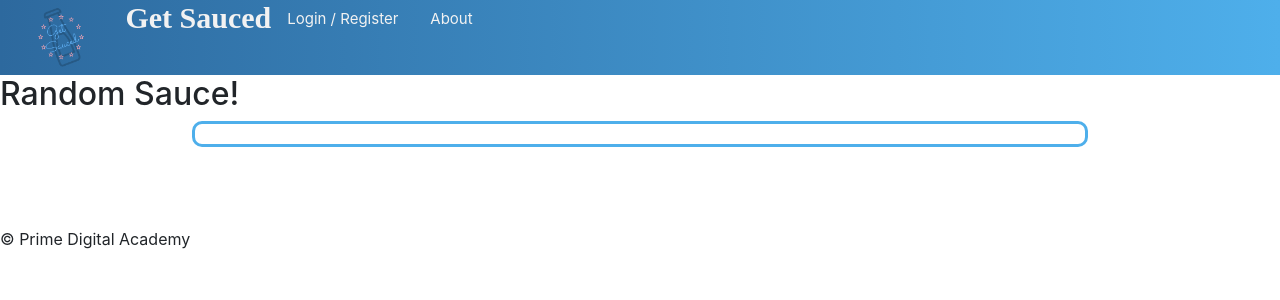
Repository: cossalter18/getSauced
Page: /#/about
An editor plug-in stored every save of this project. The page is shown before and after the next save, followed by the edit.
The browser window is 1280 px wide. The pictures show the whole page.
The page's requests for data from a server got no answer. The project was rebuilt for these pictures with package versions that can differ from the ones it lists, and the page was loaded fresh each time. No one was signed in, and anything a server would have sent is missing. Also part of the build but not shown: src/components/LogOutButton/LogOutButton.js, src/components/LoginPage/LoginPage.js, src/components/RegisterPage/RegisterPage.js, src/components/ProtectedRoute/ProtectedRoute.js, src/components/UserPage/UserPage.js, src/components/BlogPost/BlogPost.js, src/components/NewPost/NewPost.css, src/components/NewPost/NewPost.js and 8 more.

Above is the page before, as saved 2020-06-03 10:27:02.

### src/index.js
import React from 'react';
import ReactDOM from 'react-dom';
import { createStore, applyMiddleware } from 'redux';
import { Provider } from 'react-redux';
import createSagaMiddleware from 'redux-saga';
import logger from 'redux-logger';

import rootReducer from './redux/reducers'; // imports ./redux/reducers/index.js
import rootSaga from './redux/sagas'; // imports ./redux/sagas/index.js

import App from './components/App/App';

import '../node_modules/bootstrap/dist/css/bootstrap.min.css'

const sagaMiddleware = createSagaMiddleware();

// this line creates an array of all of redux middleware you want to use
// we don't want a whole ton of console logs in our production code
// logger will only be added to your project if your in development mode
const middlewareList = process.env.NODE_ENV === 'development' ?
  [sagaMiddleware, logger] :
  [sagaMiddleware];

const store = createStore(
  // tells the saga middleware to use the rootReducer
  // rootSaga contains all of our other reducers
  rootReducer,
  // adds all middleware to our project including saga and logger
  applyMiddleware(...middlewareList),
);

// tells the saga middleware to use the rootSaga
// rootSaga contains all of our other sagas
sagaMiddleware.run(rootSaga);

ReactDOM.render(
  <Provider store={store}>
    <App />
  </Provider>,
  document.getElementById('react-root'),
);

### src/redux/reducers/index.js
import { combineReducers } from 'redux';
import errors from './errorsReducer';
import loginMode from './loginModeReducer';
import user from './userReducer';
import threadReducer from './threadsReducer'
import {reducer as formReducer} from 'redux-form'
import favoritesReducer from './favoritesReducer'
import getDetailsReducer from './getDetailsReducer'
import randomReducer from './randomReducer'

// rootReducer is the primary reducer for our entire project
// It bundles up all of the other reducers so our project can use them.
// This is imported in index.js as rootSaga

// Lets make a bigger object for our store, with the objects from our reducers.
// This is what we get when we use 'state' inside of 'mapStateToProps'
const rootReducer = combineReducers({
  errors, // contains registrationMessage and loginMessage
  loginMode, // will have a value of 'login' or 'registration' to control which screen is shown
  user, // will have an id and username if someone is logged in
  threadReducer,
  formReducer,
  favoritesReducer,
  getDetailsReducer,
  randomReducer
});

export default rootReducer;

### src/redux/sagas/index.js
import { all } from 'redux-saga/effects';
import loginSaga from './loginSaga';
import registrationSaga from './registrationSaga';
import userSaga from './userSaga';
import getThreadSaga from './getThreadsSaga'
import newPostSaga from './newPostSaga'
import deleteSaga from './deleteSaga'
import getFavoritesSaga from './getFavoritesSaga'
import getDetailsSaga from './getDetailsSaga'
import updatePostSaga from './updatePostSaga'
import addFavoritesSaga from './addFavoritesSaga'
import getRandomSaga from './getRandom'
// rootSaga is the primary saga.
// It bundles up all of the other sagas so our project can use them.
// This is imported in index.js as rootSaga

// some sagas trigger other sagas, as an example
// the registration triggers a login
// and login triggers setting the user
export default function* rootSaga() {
  yield all([
    loginSaga(),
    registrationSaga(),
    userSaga(),
    getThreadSaga(),
    newPostSaga(),
    deleteSaga(),
    getFavoritesSaga(),
    getDetailsSaga(),
    updatePostSaga(),
    addFavoritesSaga(),
    getRandomSaga()
  ]);
}

### src/components/App/App.js
import React, {Component} from 'react';
import {
  HashRouter as Router,
  Route,
  Redirect,
  Switch,
} from 'react-router-dom';

import {connect} from 'react-redux';

import Nav from '../Nav/Nav';
import Footer from '../Footer/Footer';

import ProtectedRoute from '../ProtectedRoute/ProtectedRoute'

import AboutPage from '../AboutPage/AboutPage';
import UserPage from '../UserPage/UserPage';
import BlogPost from '../BlogPost/BlogPost';
import NewPost from '../NewPost/NewPost'
import UserFav from '../UserFav/UserFav'
import Profile from '../Profile/Profile'
import BlogInfo from '../BlogInfo/BlogInfo'
import Edit from '../Edit/Edit'

import './App.css';

class App extends Component {
  componentDidMount () {
    this.props.dispatch({type: 'FETCH_USER'})
  }

  render() {
    return (
      <Router>
        <div>
          <Nav />
          <Switch>
            {/* Visiting localhost:3000 will redirect to localhost:3000/home */}
            <Redirect exact from="/" to="/home" />
            {/* Visiting localhost:3000/about will show the about page.
            This is a route anyone can see, no login necessary */}
            <Route
              exact
              path="/about"
              component={AboutPage}
            />

            {/* For protected routes, the view could show one of several things on the same route.
            Visiting localhost:3000/home will show the UserPage if the user is logged in.
            If the user is not logged in, the ProtectedRoute will show the 'Login' or 'Register' page.
            Even though it seems like they are different pages, the user is always on localhost:3000/home */}
            <ProtectedRoute
              exact
              path="/home"
              component={UserPage}
            />
            {/* This works the same as the other protected route, except that if the user is logged in,
            they will see the info page instead. */}
            <ProtectedRoute
              exact
              path="/info"
              component={BlogPost}
            />
            <ProtectedRoute
            exact
            path="/favorite"
            component={UserFav}
            />
            <ProtectedRoute
            exact
            path="/new"
            component={NewPost}
            />
            <ProtectedRoute
            exact
            path="/profile"
            component={Profile}
            />
            <ProtectedRoute
            exact
            path="/blog/:id"
            render={({item})=> <BlogInfo item={item} />}
            component={BlogInfo}
            />
            <ProtectedRoute
            path="/edit/:id"
            component={Edit}
            />
            {/* If none of the other routes matched, we will show a 404. */}
            <Route render={() => <h1>404</h1>} />
          </Switch>
          <Footer />
        </div>
      </Router>
  )}
}

export default connect()(App);

### src/redux/reducers/errorsReducer.js
import { combineReducers } from 'redux';

// loginMessage holds the string that will display
// on the login screen if there's an error
const loginMessage = (state = '', action) => {
  switch (action.type) {
    case 'CLEAR_LOGIN_ERROR':
      return '';
    case 'LOGIN_INPUT_ERROR':
      return 'Enter your username and password!';
    case 'LOGIN_FAILED':
      return 'Oops! The username and password didn\'t match. Try again!';
    case 'LOGIN_FAILED_NO_CODE':
      return 'Oops! Something went wrong! Is the server running?';
    default:
      return state;
  }
};

// registrationMessage holds the string that will display
// on the registration screen if there's an error
const registrationMessage = (state = '', action) => {
  switch (action.type) {
    case 'CLEAR_REGISTRATION_ERROR':
      return '';
    case 'REGISTRATION_INPUT_ERROR':
      return 'Choose a username and password!';
    case 'REGISTRATION_FAILED':
      return 'Oops! That didn\'t work. The username might already be taken. Try again!';
    default:
      return state;
  }
};

// make one object that has keys loginMessage, registrationMessage
// these will be on the redux state at:
// state.errors.loginMessage and state.errors.registrationMessage
export default combineReducers({
  loginMessage,
  registrationMessage,
});

### src/redux/reducers/threadsReducer.js
const threadsReducer = (state = [], action) => {
  switch (action.type) {
    case "SET_THREADS":
      return action.payload;
    default:
      return state;
  }
};

export default threadsReducer;

### src/redux/reducers/favoritesReducer.js
const favoritesReducer = (state = [], action) => {
    switch (action.type) {
        case "SET_FAVORITES":
            return action.payload;
        default:
            return state;
    }
};

export default favoritesReducer;

### src/redux/reducers/getDetailsReducer.js
const getDetailsReducer = (state = {}, action) => {
    switch (action.type) {
        case "SET_DETAILS":
            return action.payload[0];
        default:
            return state;
    }
};

export default getDetailsReducer;

### src/redux/reducers/randomReducer.js
const randomReducer = (state = [], action) => {
    switch (action.type) {
        case "SET_RANDOM":
            return action.payload;
        default:
            return state;
    }
};

export default randomReducer;

### src/redux/sagas/loginSaga.js
import { put, takeLatest } from 'redux-saga/effects';
import axios from 'axios';

// worker Saga: will be fired on "LOGIN" actions
function* loginUser(action) {
  try {
    // clear any existing error on the login page
    yield put({ type: 'CLEAR_LOGIN_ERROR' });

    const config = {
      headers: { 'Content-Type': 'application/json' },
      withCredentials: true,
    };

    // send the action.payload as the body
    // the config includes credentials which
    // allow the server session to recognize the user
    yield axios.post('/api/user/login', action.payload, config);

    // after the user has logged in
    // get the user information from the server
    yield put({type: 'FETCH_USER'});
  } catch (error) {
    console.log('Error with user login:', error);
    if (error.response.status === 401) {
      // The 401 is the error status sent from passport
      // if user isn't in the database or
      // if the username and password don't match in the database
      yield put({ type: 'LOGIN_FAILED' });
    } else {
      // Got an error that wasn't a 401
      // Could be anything, but most common cause is the server is not started
      yield put({ type: 'LOGIN_FAILED_NO_CODE' });
    }
  }
}

// worker Saga: will be fired on "LOGOUT" actions
function* logoutUser(action) {
  try {
    const config = {
      headers: { 'Content-Type': 'application/json' },
      withCredentials: true,
    };

    // the config includes credentials which
    // allow the server session to recognize the user
    // when the server recognizes the user session
    // it will end the session
    yield axios.post('/api/user/logout', config);

    // now that the session has ended on the server
    // remove the client-side user object to let
    // the client-side code know the user is logged out
    yield put({ type: 'UNSET_USER' });

  } catch (error) {
    console.log('Error with user logout:', error);
  }
}

function* loginSaga() {
  yield takeLatest('LOGIN', loginUser);
  yield takeLatest('LOGOUT', logoutUser);
}

export default loginSaga;

### src/redux/sagas/registrationSaga.js
import { put, takeLatest } from 'redux-saga/effects';
import axios from 'axios';

// worker Saga: will be fired on "REGISTER" actions
function* registerUser(action) {
  try {
    // clear any existing error on the registration page
    yield put({ type: 'CLEAR_REGISTRATION_ERROR' });

    // passes the username and password from the payload to the server
    yield axios.post('/api/user/register', action.payload);

    // automatically log a user in after registration
    yield put({ type: 'LOGIN', payload: action.payload });

    // set to 'login' mode so they see the login screen
    // after registration or after they log out
    yield put({type: 'SET_TO_LOGIN_MODE'});
  } catch (error) {
      console.log('Error with user registration:', error);
      yield put({type: 'REGISTRATION_FAILED'});
  }
}

function* registrationSaga() {
  yield takeLatest('REGISTER', registerUser);
}

export default registrationSaga;

### src/redux/sagas/userSaga.js
import axios from 'axios';
import { put, takeLatest } from 'redux-saga/effects';

// worker Saga: will be fired on "FETCH_USER" actions
function* fetchUser() {
  try {
    const config = {
      headers: { 'Content-Type': 'application/json' },
      withCredentials: true,
    };

    // the config includes credentials which
    // allow the server session to recognize the user
    // If a user is logged in, this will return their information
    // from the server session (req.user)
    const response = yield axios.get('/api/user', config);

    // now that the session has given us a user object
    // with an id and username set the client-side user object to let
    // the client-side code know the user is logged in
    yield put({ type: 'SET_USER', payload: response.data });
  } catch (error) {
    console.log('User get request failed', error);
  }
}

function* userSaga() {
  yield takeLatest('FETCH_USER', fetchUser);
}

export default userSaga;

### src/redux/sagas/getThreadsSaga.js
import axios from "axios";
import { put, takeEvery } from "redux-saga/effects";

function* getThreads() {
  try {
    const response = yield axios.get("/api/threads");
    console.log("++++++++++++++", response.data)
    yield put({ type: "SET_THREADS", payload: response.data });

  } catch (error) {
    console.log("Error in GET", error);
  }
}

function* threadSaga() {
  yield takeEvery("GET_THREADS", getThreads);
}

export default threadSaga;

### src/redux/sagas/newPostSaga.js
import axios from "axios";
import { put, takeEvery } from "redux-saga/effects";

function* addPost(action) {
  try {
   console.log("action.payload!!!!!!!!!!!!!", action.payload);
   const response = yield axios.post('/api/threads', action.payload);
   yield put({ type: "GET_THREADS"})

  }catch (error){
      console.log(error);
  }
}

function* newPostSaga() {
  yield takeEvery("NEW_POST", addPost);
}

export default newPostSaga;

//we are going to reuse SET_THREADS reducer

### src/redux/sagas/deleteSaga.js
import axios from "axios";
import { put, takeEvery } from "redux-saga/effects";

function* deletePost(action) {
    try {
        console.log('action.payload =======', action.payload);
        console.log('!!!!!!!!!!!!!!!!!!!!!', action);

        const response = yield axios.delete(`/api/threads/${action.payload}`)
        yield put ({type: "GET_THREADS", payload: response.data})
    } catch (error) {
        console.log("Error in DELETE!!!!!!!!!!!!!!", error);
    }
}

function* deleteSaga() {
    yield takeEvery("DELETE_POST", deletePost);
}

export default deleteSaga;

### src/redux/sagas/getFavoritesSaga.js
import axios from "axios";
import { put, takeEvery } from "redux-saga/effects";

function* getFavorites() {
  try {
    const response = yield axios.get("/api/favorites");
    console.log("!!! FAVORITES !!! ========>", response.data);
    yield put({ type: "SET_FAVORITES", payload: response.data });
  } catch (error) {
    console.log("Error in GET", error);
  }
}

function* getFavoritesSaga() {
  yield takeEvery("GET_FAVORITES", getFavorites);
}

export default getFavoritesSaga;

### src/redux/sagas/getDetailsSaga.js
import axios from "axios";
import { put, takeEvery } from "redux-saga/effects";

function* getDetail(action) {
    try {
        const id = action.payload
        const response = yield axios.get(`/api/threads/blog/${id}`);
        console.log("MADE IT TO getDetail SAGA!!!!!!")
        yield put({ type: "SET_DETAILS", payload: response.data });
    } catch (error) {
        console.log("Error in GET", error);
    }
}

function* getDetailsSaga() {
    yield takeEvery("GET_DETAILS", getDetail);
}

export default getDetailsSaga;

### src/redux/sagas/updatePostSaga.js
import axios from "axios";
import {put, takeEvery } from "redux-saga/effects";

function* updatePost(action) {
    console.log('UpdatePost!!!!!!!!!', action.payload);

    try {
        const response = yield axios.put(`/api/threads/${action.payload.id}`, action.payload)
        console.log('IN UPDATE POST PUT', response);
        // yield put ({type: 'SET_THREADS'})

    } catch (error) {
        console.log(error);
    }
}

function* updatePostSaga() {
    yield takeEvery("UPDATE_POST", updatePost);
}

export default updatePostSaga;

### src/redux/sagas/addFavoritesSaga.js
import axios from "axios";
import { put, takeEvery } from "redux-saga/effects";

function* addFavorites() {
    try {
        const response = yield axios.post("/api/favorites");
        console.log("!!! FAVORITES !!! ========>", response.data);
        yield put({ type: "SET_FAVORITES", payload: response.data });
    } catch (error) {
        console.log("Error in FAVORITES POST", error);
    }
}

function* addFavoritesSaga() {
    yield takeEvery("ADD_FAVORITES", addFavorites);
}

export default addFavoritesSaga;

### src/redux/sagas/getRandom.js
import axios from "axios";
import { put, takeEvery } from "redux-saga/effects";

//https://spoonacular-recipe-food-nutrition-v1.p.rapidapi.com/recipes/random

function* getRandom(action) {
    console.log("IN API REQUEST:", action)
    try {
        const response = yield axios({
            "method": "GET",
            "url": "",
            "headers": {
                "content-type": "application/octet-stream",
                "x-rapidapi-host": "spoonacular-recipe-food-nutrition-v1.p.rapidapi.com",
                "x-rapidapi-key": "c31d4b7038mshacdc5b1ac5dafd5p11278fjsnc256fb5cf578",
                "useQueryString": true
            }, "params": {
                "number": "1",
                "tags": "sauce"
            }
        })
        yield put({ type: "SET_RANDOM", payload: response.data.recipes });
    } catch (error) {
        console.log("Error in GET", error);
    }
}

function* getRandomSaga() {
    yield takeEvery("GET_RANDOM", getRandom);
}

export default getRandomSaga;

### src/components/Nav/Nav.js
import React from "react";
import { Link } from "react-router-dom";
import { connect } from "react-redux";
import LogOutButton from "../LogOutButton/LogOutButton";
import "./Nav.css";

const Nav = (props) => (
  <div className="nav">
    <Link to="/home">
      <img className="logo" src="GetSauced.png" alt="logo" />
      <h2 className="nav-title">Get Sauced</h2>
    </Link>
    <div className="nav-right">
      <Link className="nav-link" to="/home">
        {/* Show this link if they are logged in or not,
        but call this link 'Home' if they are logged in,
        and call this link 'Login / Register' if they are not */}
        {props.user.id ? "Home" : "Login / Register"}
      </Link>
      {/* Show the link to the info page and the logout button if the user is logged in */}
      {props.user.id && (
        <>
          <Link className="nav-link" to="/info">
            Blog Post
          </Link>
          <Link className="nav-link" to="/favorite">
            Favorites
          </Link>
          <Link className="nav-link" to="/profile">
            Profile
          </Link>
          {/* <LogOutButton className="nav-link" /> */}
        </>

      )}
      {/* Always show this link since the about page is not protected */}
      <Link className="nav-link" to="/about">
        About
      </Link>
    </div>
  </div>
);

// Instead of taking everything from state, we just want the user
// object to determine if they are logged in
// if they are logged in, we show them a few more links
// if you wanted you could write this code like this:
// const mapStateToProps = ({ user }) => ({ user });
const mapStateToProps = (state) => ({
  user: state.user,
});

export default connect(mapStateToProps)(Nav);

### src/components/AboutPage/AboutPage.js
import React, { Component } from 'react';
import { connect } from "react-redux";
import { withRouter } from "react-router";
import './AboutPage.css'



class AboutPage extends Component {

  componentDidMount() {
    this.props.dispatch({ type: 'GET_RANDOM' })
  }



  render() {
    return (
      <div>
        {/* <p>{JSON.stringify(this.props.reduxState.randomReducer)}</p> */}
        <h2>Random Sauce!</h2>
        <div className="randomContainer">
        {this.props.reduxState.randomReducer.map((item) => {
          return (
            <div key={item.id}>
              <div className='title'>
                <b>{item.title}</b>
              </div>
              <div>
                <img src={item.image} alt={item.title} className="img"></img>
                </div>
             <div className="ing">
               {/* {item.extendedIngredients} */}
               </div>
              <div className="summary">
                {item.instructions}
              </div>
              <div className="source">
                <p> Get it straight from the source: {item.sourceUrl}</p>
                </div>
            </div>
          )
        })}
        </div>


      </div>
    )
  }
}

const putStateOnProps = (reduxState) => ({ reduxState });
export default withRouter(connect(putStateOnProps)(AboutPage));

### src/components/App/App.css
body {
    font-family: 'Segoe UI', Tahoma, Geneva, Verdana, sans-serif;
    margin: 0px;
}

.alert {
    background-color: #ff4545;
    margin: 50px;
}

form {
    background-color: #dbd5d5;
    width: 30%;
    height: 250px;
    margin: 20px auto;
    padding: 25px;
    border-radius: 2px;
}

input {
    margin: 5px;
    margin-bottom: 10px;
}

.log-in, .log-out, .register {
  background-image: linear-gradient(to right, #2d699e, #4eafeb);
  border-radius: 4px;
  color: #f8f8f8;
  min-height: 50px;
  min-width: 100px;
  outline:0;
  cursor: pointer;
}

.log-in:hover, .log-out:hover, .register:hover {
  background-color: #008183;
}

/* This line makes the "Register" and "Login" buttons look like links */
.link-button {
    background:none;
    color:inherit;
    border:none;
    padding:0;
    font: inherit;
    outline:0;
    border-bottom:1px solid #444;
    cursor: pointer;
}

### src/components/Nav/Nav.css
.nav-title {
    font-size: 30px;
    font-weight: 700;
    display: inline-block;
    color: #f2f2f2;
    padding-left: 10px;
    font-family: "SignPainter";
}

.nav {
  overflow: hidden;
  background-image: linear-gradient(to right, #2d699e, #4eafeb)
}

.nav-link {
  float: left;
  color: #f2f2f2;
  /* background-color: #00acb0; */
  text-align: center;
  padding: 24px 10px;
  text-decoration: none;
  font-size: 15px;

  /* these last two make the logout button in
  the nav bar look like another link */
  border:none;
  /* cursor: pointer; */
  outline:0;
}

.nav-link:hover {
  background-color: #87A8C5
}

.nav-right {
  float: right;
}

.logo {
  height:75px;
  width: auto;
  float: left;
}

### src/components/AboutPage/AboutPage.css
.summary{
    padding-top: 10px;
    white-space: pre-wrap;

}

.title{
    font-size: 24px;
    font-weight: bolder;
    padding-bottom: 10px;
}
.randomContainer {
padding: 10px;
  margin: auto;
  width: 70%;
  border: 3px solid #4eafeb;
  padding: 10px;
  border-radius: 10px;
  background-color: white;
  justify-content: center;

}

.img{
display: block;
  margin-left: auto;
  margin-right: auto;
  width: 50%;
}

.source{
    padding-top: 20px;
    font-size: small;
    /* margin: 10px; */
}

### src/components/BlogPost/BlogPost.css
.nav-right {
  float: right;
  margin-right: 30px;

}

h2 {
  cursor: pointer;
}

.content {
  font-size: 10px;
}

.button{
  margin: 100px;
  padding: 25px;
}


/* .container {
   width: 75%;
    height: 10rem;
    margin: auto;
    background-color:#4eafeb;
    border-radius: 10px;
} */


.container {
    box-sizing: border-box;
    width: 75%;
    height: 10rem;
    margin-top: 35px;
    margin-bottom: 8px;
    background-color:#4eafeb;
    border-radius: 10px;
    /* white-space: nowrap; */
  overflow: hidden;
  text-overflow: ellipsis;
}

.child {
 white-space: nowrap;
  overflow: hidden;
  text-overflow: ellipsis;

}


/*
.child {
 flex: 1;
    height: auto;
    margin: auto;
    border-color: red;
    border-width: 10px;
} */

Loaded but not shown: public/index.html (common file); src/redux/reducers/loginModeReducer.js (common file); src/redux/reducers/userReducer.js (common file); src/components/Footer/Footer.js (common file); src/components/Footer/Footer.css (common file)

After the next save:
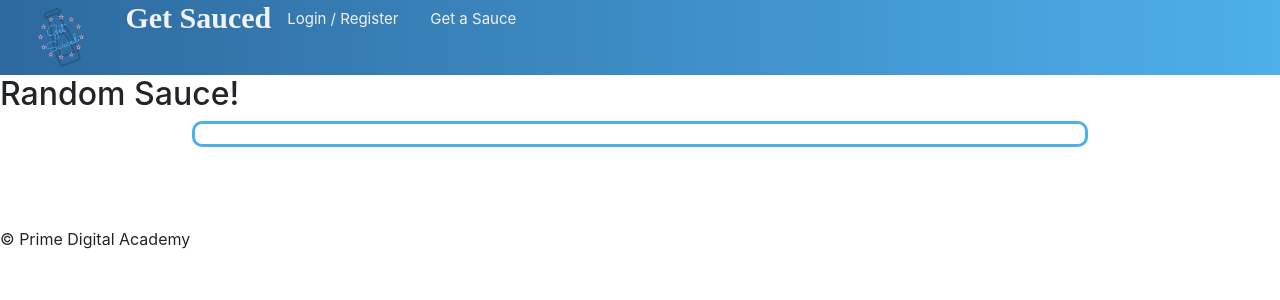
Saved 6 min 38 s later.
--- a/src/components/Nav/Nav.js
+++ b/src/components/Nav/Nav.js
@@ -35,7 +35,7 @@ const Nav = (props) => (
       )}
       {/* Always show this link since the about page is not protected */}
       <Link className="nav-link" to="/about">
-        About
+        Get a Sauce
       </Link>
     </div>
   </div>
